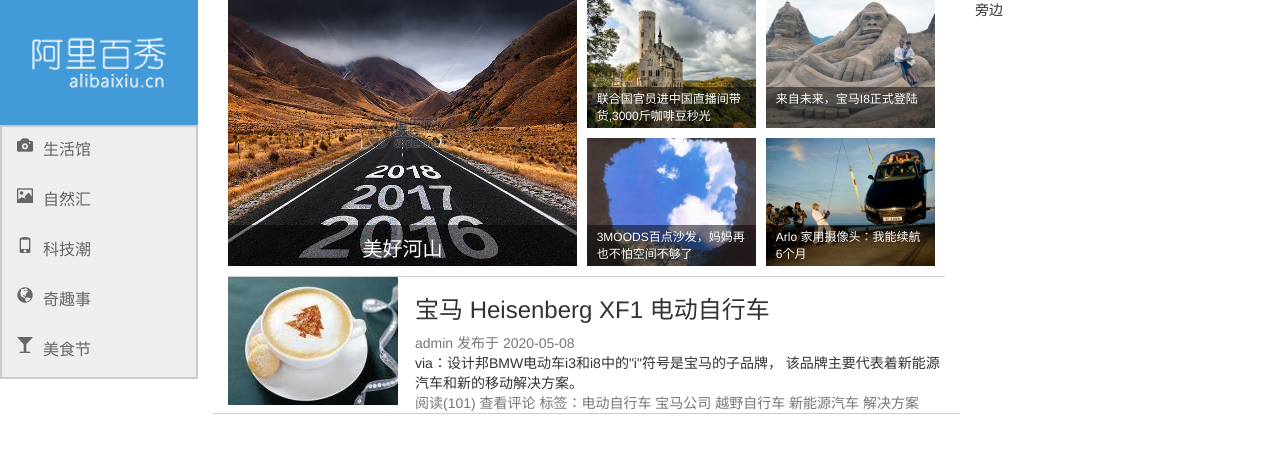
Repository: zhangwen001208/bootstrap-demo
Page: index.html
These files come from the project's save history. The page is drawn as it stood at one moment and after the next save; the edit follows.
The browser window is 1280 px wide. The pictures show the whole page.

Above is the page before, as saved 2022-09-08 15:52:32.

After the next save:
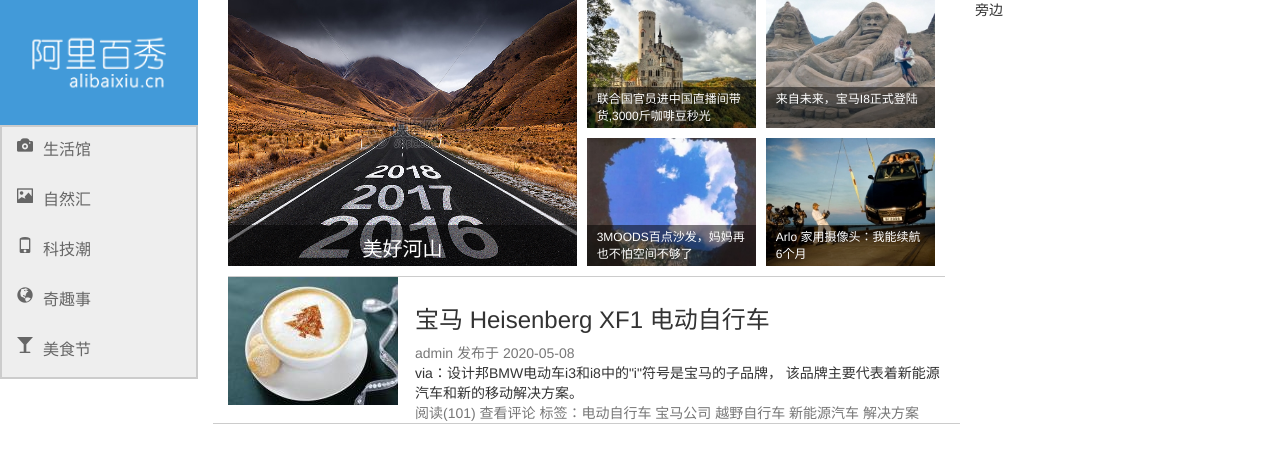
Saved 4 s later.
--- a/index.html
+++ b/index.html
@@ -69,7 +69,7 @@
                     <div class="col-sm-3">
                         <img src="./images/news-6.jpg" alt="">
                     </div>
-                    <div class="col-sm-9">
+                    <div class="col-sm-9 pic">
                         <h3>宝马 Heisenberg XF1 电动自行车</h3>
                         <p class="text-muted">admin 发布于 2020-05-08</p>
                         <p>via：设计邦BMW电动车i3和i8中的"i"符号是宝马的子品牌， 该品牌主要代表着新能源汽车和新的移动解决方案。</p>
